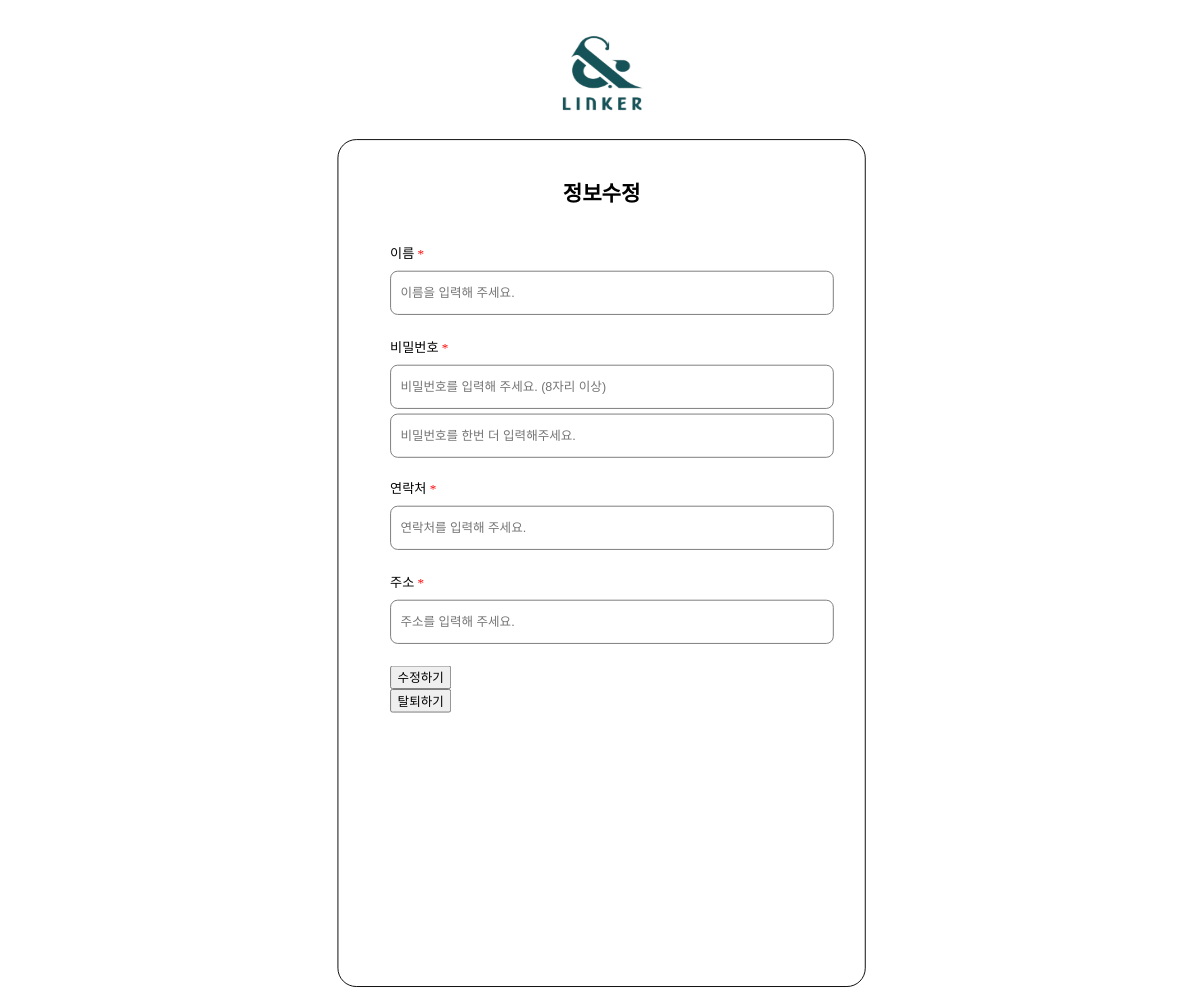
Repository: soomseting/let_me_go
Page: http://localhost/LINKER_re/jsp/main/user_update.jsp
An editor plug-in stored every save of this project. The page is shown before and after the next save, followed by the edit.
The browser window is 1280 px wide. The pictures show the whole page, at 94% of full size.
The page is served by Tomcat 9. Other server files are loaded and not shown.

Above is the page before, as saved 2025-03-24 05:56:09.
Console error: TypeError: Cannot set properties of null (setting 'onclick')

### LINKER_re/src/main/webapp/jsp/main/user_update.jsp
<%@ page language="java" contentType="text/html; charset=UTF-8"
    pageEncoding="UTF-8"%>
<!DOCTYPE html>
<html lang="en">

<head>
    <meta charset="UTF-8">
    <meta name="viewport" content="width=device-width, initial-scale=1.0">
    <title>Document</title>
    <link rel="stylesheet" href="../../css/sign_up.css">
    <script src="https://ajax.googleapis.com/ajax/libs/jquery/3.3.1/jquery.min.js"></script>
    <script src="../../js/jquery-3.7.1.js"></script>
    <script src="../../js/script.js"></script>
</head>

<body>
    <section>
        <div class="sign_up_logo">
            <img src="../../img/logo.png" alt="logo">
        </div>
        <div class="sign_up_content">
            <div class="su_title">
                <h1>정보수정</h1>
            </div>
            <form action="/LINKER/jsp/main/update.jsp.users">
            <div class="su_con_wrap">
                <div class="su_con_box">
                    <div class="su_ct">이름<span> *</span></div>
                    <div class="su_input"><input type="text" name="user_name" placeholder="이름을 입력해 주세요."></div>
                </div>
                <div class="su_con_box">
                    <div class="su_ct">비밀번호<span> *</span></div>
                    <div class="su_input"><input type="password" name="password" placeholder="비밀번호를 입력해 주세요. (8자리 이상)"></div>
                    <div class="su_input"><input type="password" placeholder="비밀번호를 한번 더 입력해주세요."></div>
                </div>
                <div class="su_con_box su_con_one">
                    <div class="su_ct">연락처<span> *</span></div>
                    <div class="su_input"><input type="text" name="phone" placeholder="연락처를 입력해 주세요."></div>
                </div>
                <div class="su_con_box su_con_thr">
                    <div class="su_ct">주소<span> *</span></div>
                    <div class="su_input"><input type="text" name="user_address" placeholder="주소를 입력해 주세요."></div>
                </div>
                <div class="su_con_box su_con_for">
                    <div class="su_input sui1"><button class="sui1_btn" type="submit" name="action" value="update">수정하기</button></div>
                    <div class="su_input sui2"><button class="sui2_btn" type="submit" name="action" value="delete">탈퇴하기</button></div>
                </div>
            </div>
            </form>
        </div>
    </section>
</body>

</html>

### LINKER_re/src/main/webapp/css/sign_up.css
/*sign_up*/
.sign_up_logo{width: 250px;height: 140px;margin: 0 auto;}
.sign_up_logo img{width: 250px;height: 140px;}

.sign_up_content{width: 560px;height: 900px;border: 1px solid black; margin: 0 auto; border-radius: 20px;}

.su_title{font-weight: bold;font-family: Arial, Helvetica, sans-serif; padding: 20px 50px;text-align: center; font-size: 15px;}

.su_con_wrap{width: 560px;height: 800px;}
.su_con_box{width: 450px;height: 100px;margin: 0 auto;}
.su_ct{font-size: 14px; margin-bottom: 10px;}
.su_ct span{color: red;}
.su_input input{width: 450px;height: 45px; border-radius: 8px; border: 1px solid #777;margin-bottom: 5px;}
.su_input input[placeholder]{padding: 0 10px;}
.su_con_one{margin-top: 50px;}
/* .su_con_for{margin-top: 15px;} */
.su_con_for input{width: 475px;height: 50px; margin-top: 10px; background: #165358; color: #fff;font-size: 15px;transition: 0.3s;border: none;}
.su_con_for>.sui1:hover input{background: #518682; transition: 0.3s;border: none;cursor: pointer;}
.su_con_for>.sui2:hover input{background: #518682; transition: 0.3s;border: none;cursor: pointer;}

#sign_up_agree{font-size: 10px;margin-bottom: 10px;color: rgb(154, 155, 167);}

.su_flex{display: flex; align-items: center;}
.su_flex input{width: 20px;height: 20px;}

### LINKER_re/src/main/webapp/js/script.js
$(document).ready(function () {

        //main_img_slide
        var img= $("#slide div");
        var cnt=0;
        var max=img.length-1;
        setInterval(next ,3000);

        function next(){
            if(img.is(":animated")) return false;
            $(img[cnt]).animate({"left":"-100%"}).siblings().css({"left":"100%"});
            cnt++;
            if(cnt>max) cnt=0;
            $(img[cnt]).animate({"left":0});
            }

        //sign_in_popup
        function open(){
            $('#pop').css({"display":"block"});

            $('#semi_wrap').css({"position":"sticky"});
            $('section').css({"margin-top":"0"});
        }
        $(".sign_in").on("click",open);
        function close(){
            $('#pop').css({"display":"none"});
            $('#semi_wrap').css({"position":"fixed"});
            $('section').css({"margin-top":"101px"});
        }
        $("#close").on("click",close);

        $('input[type="checkbox"][name="user_category"]').click(function(){

            if($(this).prop('checked')){
               $('input[type="checkbox"][name="user_category"]').prop('checked',false);
               $(this).prop('checked',true);
              }
        });

        /*product_detail*/
        var detail_main = document.querySelector(".detail_main img");
        var detail_sub = document.querySelector(".detail_sub");

        // var ping = document.querySelectorAll(".de_sub img");

        detail_sub.onclick = function(e){
            // console.log(event.target);
            if(e.target.getName == "DIV"){
                return;
            }
            detail_main.src = e.target.src;
        }
        // ping.onclick = function(){
        //     if(ping.classList.contains("pr_ping")){
        //         ping.style.width = "50px";
        //         ping.style.height = "50px";
        //         ping.style.border = "5px solid black";
        //     }else{
        //         ping.style.width = "50px";
        //         ping.style.height = "50px";
        //         ping.style.border = "none";
        //     }
        //     ping.classList.toggle("pr_ping");
        // }
});

Loaded but not shown: LINKER_re/src/main/webapp/js/jquery-3.7.1.js (library)

After the next save:
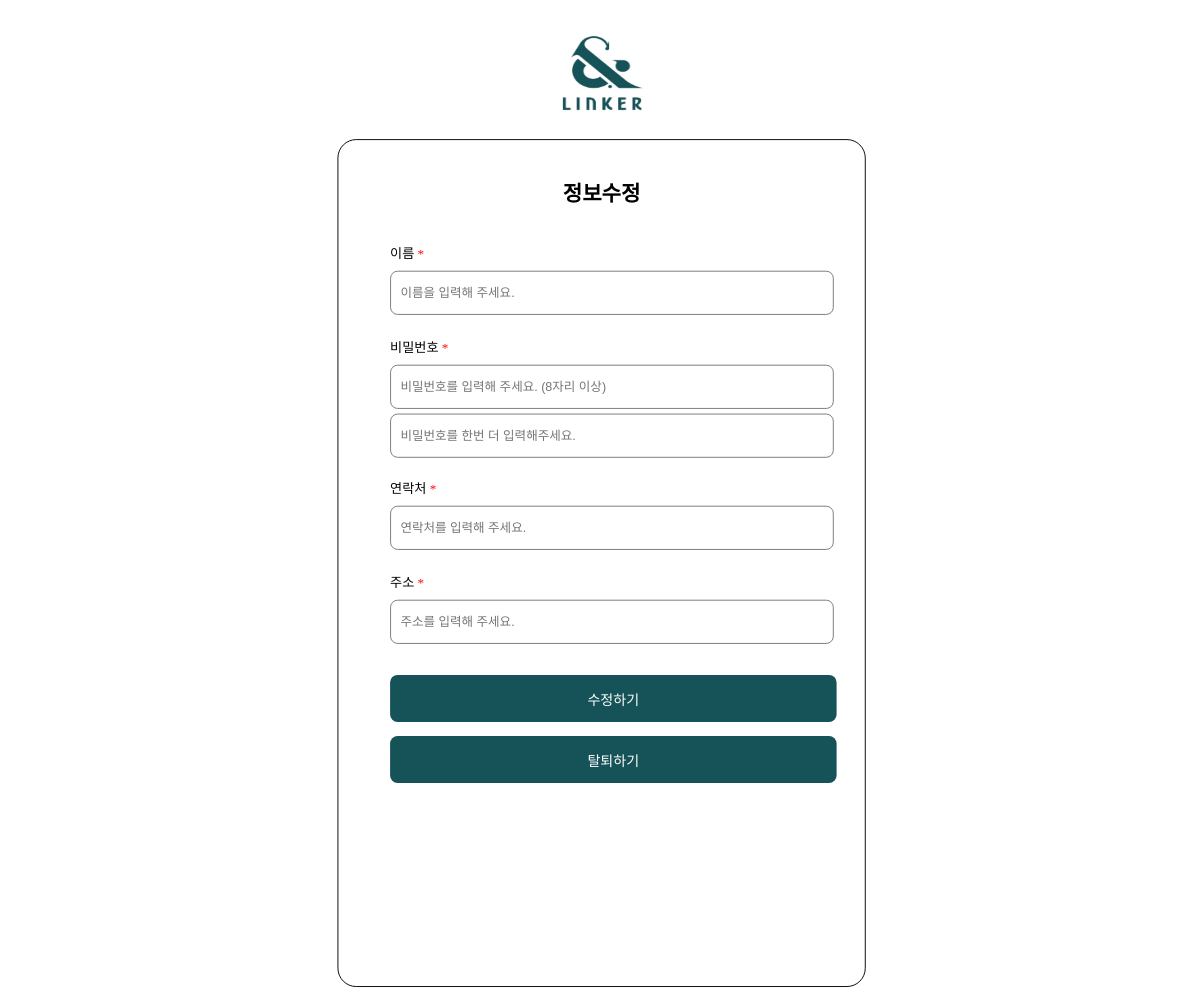
Saved 16 s later.
--- a/LINKER_re/src/main/webapp/jsp/main/user_update.jsp
+++ b/LINKER_re/src/main/webapp/jsp/main/user_update.jsp
@@ -42,8 +42,8 @@
                     <div class="su_input"><input type="text" name="user_address" placeholder="주소를 입력해 주세요."></div>
                 </div>
                 <div class="su_con_box su_con_for">
-                    <div class="su_input sui1"><button class="sui1_btn" type="submit" name="action" value="update">수정하기</button></div>
-                    <div class="su_input sui2"><button class="sui2_btn" type="submit" name="action" value="delete">탈퇴하기</button></div>
+                    <div class="su_input sui1"><input type="submit" name="user_update" value="수정하기"></div>
+                    <div class="su_input sui2"><input type="submit" name="" value="탈퇴하기"></div>
                 </div>
             </div>
             </form>
